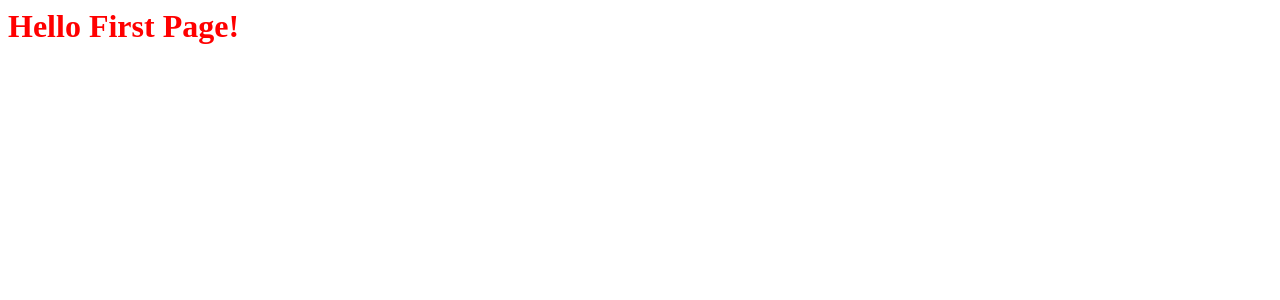
Repository: zhaojing/ThreeWeek
Page: week1.html
These files come from the project's save history. The page is drawn as it stood at one moment and after the next save; the edit follows.
The browser window is 1280 px wide. The pictures show the whole page.

Above is the page before, as saved 2018-04-23 10:22:35.

### week1.html
<html lang="en">
<head>
    <meta charset="UTF-8">
    <meta name="viewport" content="width=device-width, initial-scale=1.0">
    <meta http-equiv="X-UA-Compatible" content="ie=edge">
    <title>3 weeks 3 pages first week</title>
    <link href="./css/first-page.css" rel="stylesheet">
</head>
<body>
    <h1>Hello First Page!</h1>
</body>
</html>

Loaded but not shown: css/first-page.css (common file)

After the next save:
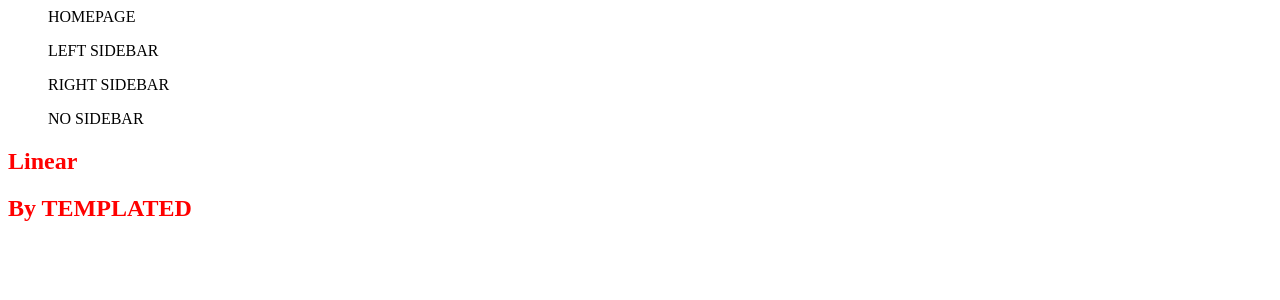
Saved 31 h 23 min later.
--- a/week1.html
+++ b/week1.html
@@ -7,6 +7,18 @@
     <link href="./css/first-page.css" rel="stylesheet">
 </head>
 <body>
-    <h1>Hello First Page!</h1>
+    <header>
+        <nav>
+            <ul>HOMEPAGE</ul>
+            <ul>LEFT SIDEBAR</ul>
+            <ul>RIGHT SIDEBAR</ul>
+            <ul>NO SIDEBAR</ul>
+        </nav>
+        <section>
+            <h1>Linear</h1>
+            <h1>By TEMPLATED</h1>
+        </section>
+    </header>
+
 </body>
 </html>
